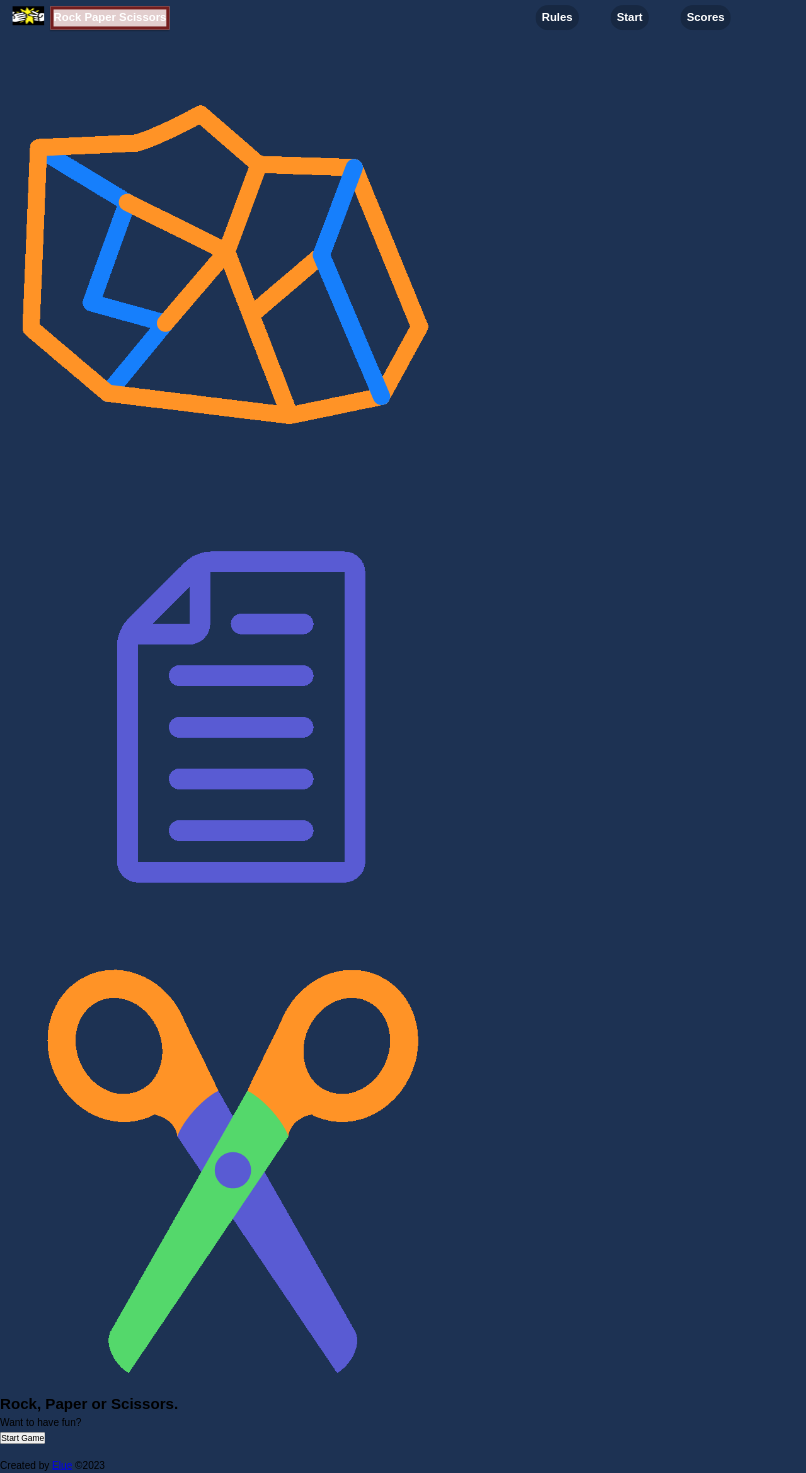
Repository: MikkyPrestige/rock-paper-scissors
Page: index.html
These files come from the project's save history. The page is drawn as it stood at one moment and after the next save; the edit follows.
The browser window is 1280 px wide. The pictures show the whole page, at 63% of full size.

Above is the page before, as saved 2023-05-08 04:23:42.

After the next save:
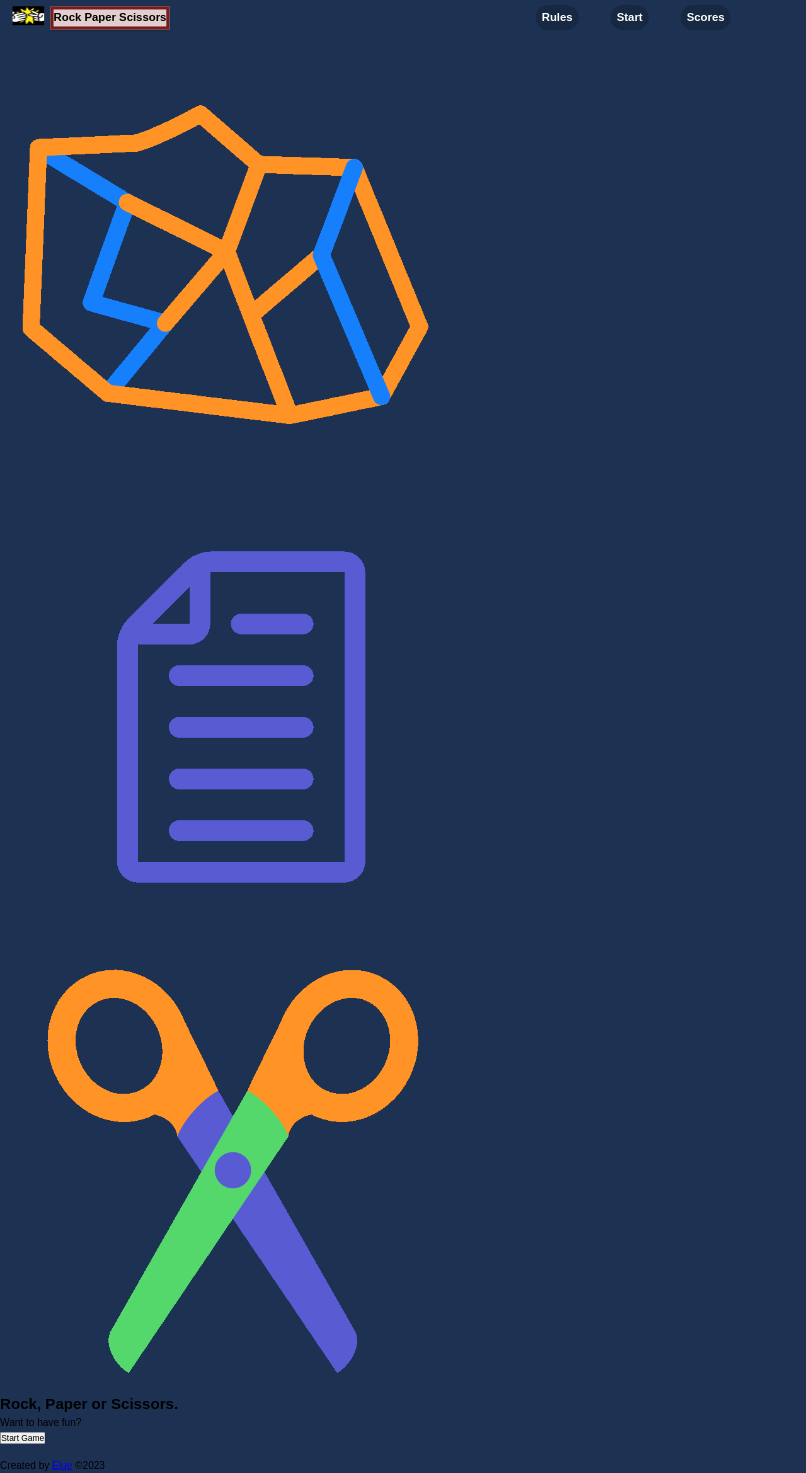
Saved 19 s later.
--- a/index.css
+++ b/index.css
@@ -52,7 +52,7 @@
 figcaption {
   font-size: 1.8rem;
   font-weight: 600;
-  color: rgba(255, 255, 255, 1);
+  /* color: rgba(255, 255, 255, 1); */
   background: #E2CECE;
   border: .5rem solid #741D1D;
   box-shadow: 0px .2rem .2rem rgba(0, 0, 0, 0.25);

After the save that followed:
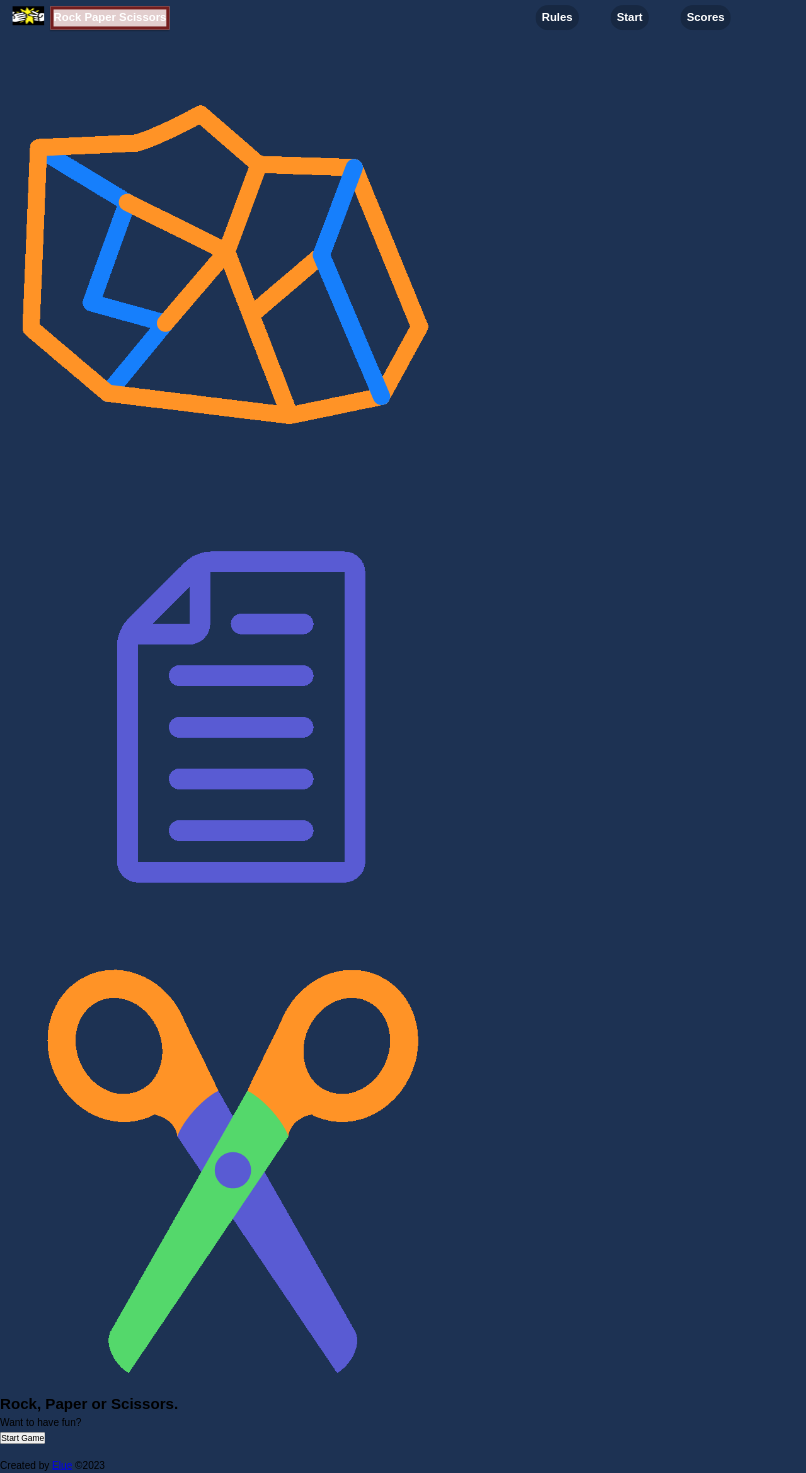
Saved 5 s later.
--- a/index.css
+++ b/index.css
@@ -52,7 +52,7 @@
 figcaption {
   font-size: 1.8rem;
   font-weight: 600;
-  /* color: rgba(255, 255, 255, 1); */
+  color: rgba(255, 255, 255, 1);
   background: #E2CECE;
   border: .5rem solid #741D1D;
   box-shadow: 0px .2rem .2rem rgba(0, 0, 0, 0.25);
